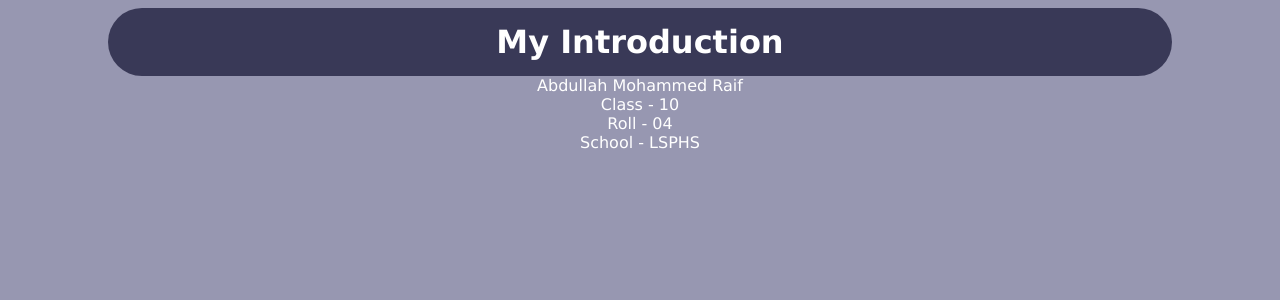
Repository: Raif-007/Portfolio
Page: index.html
These files come from the project's save history. The page is drawn as it stood at one moment and after the next save; the edit follows.
The browser window is 1280 px wide. The pictures show the whole page.

Above is the page before, as saved 2021-07-05 17:12:37.

### index.html
<!DOCTYPE html>
<html lang="en">

<head>
    <meta charset="UTF-8">
    <meta http-equiv="X-UA-Compatible" content="IE=edge">
    <meta name="viewport" content="width=device-width, initial-scale=1.0">
    <title>Portfolio</title>
    <link rel="stylesheet" href="styles.css">
</head>

<body>

    <h1>
        My Introduction
    </h1>
    <div>

        Abdullah Mohammed Raif
        <br> Class - 10
        <br> Roll - 04
        <br> School - LSPHS



    </div>
</body>

</html>

### styles.css
body {
    background-color: rgba(54, 54, 105, 0.514);
    color: #ffffff;
    font-family: Verdana, Geneva, Tahoma, sans-serif;
    text-align: center;
}

h1 {
    background-color: rgba(25, 25, 56, 0.74);
    padding: 15px;
    margin: 0px 100px;
    border-radius: 50px;
}

span {
    font-size: 20px;
    border: 4px solid rgba(25, 25, 56, 0.568);
}

After the next save:
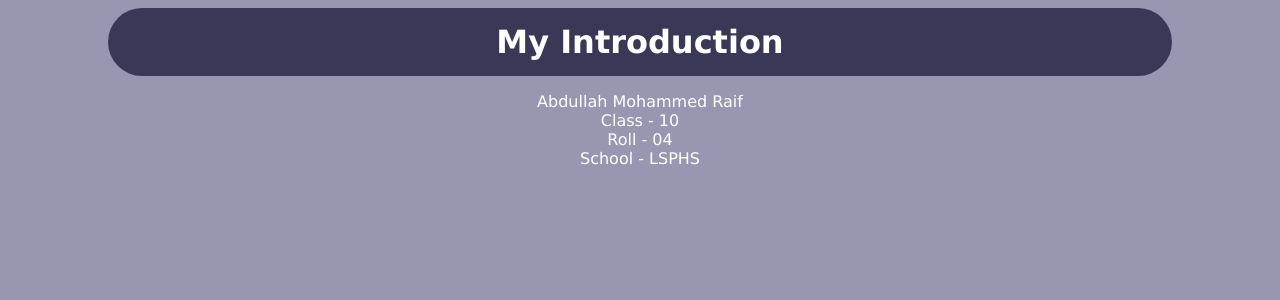
Saved 14 s later.
--- a/index.html
+++ b/index.html
@@ -16,11 +16,13 @@
     </h1>
     <div>
 
-        Abdullah Mohammed Raif
-        <br> Class - 10
-        <br> Roll - 04
-        <br> School - LSPHS
+        <p>
+            Abdullah Mohammed Raif
+            <br> Class - 10
+            <br> Roll - 04
+            <br> School - LSPHS
 
+        </p>
 
 
     </div>
